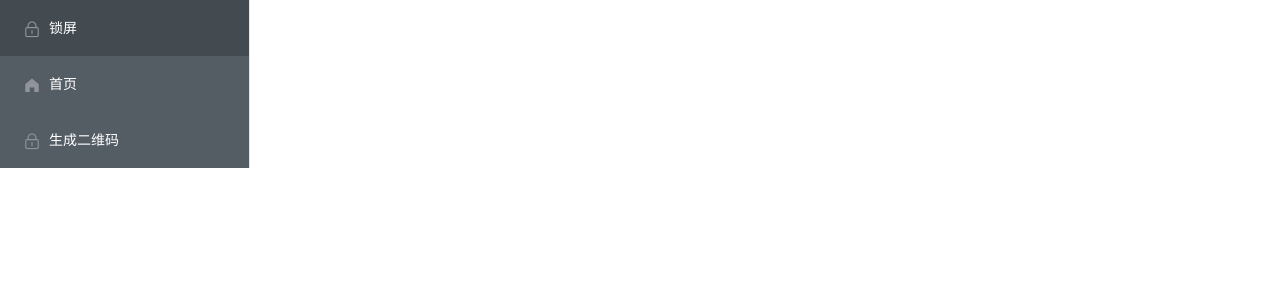
Repository: wujingwenwu/-vue-2.0
Page: /qrcode
An editor plug-in stored every save of this project. The page is shown before and after the next save, followed by the edit.
The browser window is 1280 px wide. The pictures show the whole page.
The project was rebuilt for these pictures with package versions that can differ from the ones it lists, and the page was loaded fresh each time. Also part of the build but not shown: src/views/Home.vue, src/components/w-lockScreen/w-lockScreen.vue.

Above is the page before, as saved 2020-10-01 14:06:54.

### src/main.js
import Vue from "vue";
import App from "./App.vue";
import router from "./router";
import store from "./store";
import ElementUI from 'element-ui';
import 'element-ui/lib/theme-chalk/index.css';
import  "./globalComponents"
Vue.config.productionTip = false;
Vue.use(ElementUI);
new Vue({
  router,
  store,
  render: h => h(App)
}).$mount("#app");

### src/App.vue
<template>
  <div id="app">

    <router-view />
  </div>
</template>

<style lang="scss">
@import "./style/demo";
*{
  margin: 0;
  padding: 0;
}
</style>

### src/router/index.js
import Vue from "vue";
import VueRouter from "vue-router";
import Home from "../views/Home.vue";
import Layout from "../views/layout/layout"
Vue.use(VueRouter);

const routes = [
  {
    path: "/home",
    name: "",
    component: Home
  },
  {
    path: "",
    component: Layout,
    children:[
      {
        path: "/",
        name: "Home",
        component: Home
      },
      {
        path: "/lockScreen",
        name: "LockScreen",
        component: () =>
          import("../views/lockScreen/LockScreen")
      },
      {
        path: "/qrcode",
        name: "Qrcode",
        component: () =>
          import("../views/qrcode/Qrcode.vue")
      },
    ]
  },
  {
    path: "/about",
    name: "About",
    component: () =>
      import("../views/About.vue")
  },
];

const router = new VueRouter({
  mode: "history",
  base: process.env.BASE_URL,
  routes
});
router.beforeEach((to, from, next) => {
  const lockFlag = localStorage.getItem('password');
  if(lockFlag === '0'&&from.path!=="/lockScreen"){
      next(false)
  }else{
    next()
  }
})
export default router;

### src/store/index.js
import Vue from "vue";
import Vuex from "vuex";

Vue.use(Vuex);

export default new Vuex.Store({
  state: {
    // passpords:''
  },
  mutations: {
    // setUser(state, data) {
    //   state.passpords = data
    // }
  },
  actions: {},
  modules: {}
});

### src/globalComponents/index.js
import Vue from 'vue'

import WLockScreen from '../components/w-lockScreen/w-lockScreen'


Vue.component('wLockScreen', WLockScreen)

### src/style/demo.scss
.d-f{
    display: flex;
    /* 弹性盒模型 */
}
.f-s-12{
    font-size: 12px;
    /* 字体大小为12px */
}
.f-s-14{
    font-size: 14px;
    /* 字体大小为14px */
}
.f-s-16{
    font-size: 16px;
    /* 字体大小为16px */
}
.f-w{
    font-weight: 700;
    /*字体 加粗 */
}
.f-c-ho{
    color: #f00;
    /* 红色 */
}
.f-c-hu{
    color: #ccc;
    /* 灰色 */
}
.f-c-b{
    color: #ffffff;
    /* 白色 */
}
.f-c-he{
    color: #000;
    /* 黑色 */
}
.t-a-l{
    text-align: left;
    /* 文本左对齐 */
}
.t-a-c{
    text-align: center;
    /* 文本居中 */
}
.t-a-r{
    text-align: right;
    /* 文本右对齐 */
}
.t-d-u{
    text-decoration: underline;
    /* 装饰在文本底部 */
}
.t-d-o{
    text-decoration: overline;
    /* 装饰在顶部 */
}
.t-d-l-t{
    text-decoration: line-through;
    /* 装饰在文本中间 */
}
.d-i{
    display: inline;
    /* 块级元素装换成行内元素 */
}
.d-i-b{
    display: inline-block;
    /* 块级元素装换成行内块元素 */
}
.d-b{
    display: block;
    /* 行内和行内块元素装换成块级元素 */
}
.d-n{
    display: none;
    /* 隐藏元素 */
}
.p-r{
    position: relative;
    /* 相对定位 */
}
.p-a{
    position: absolute;
    /* 绝对定位 */
}
.p-f{
    position: fixed;
    /* 固定定位 */
}
.b-r-50{
    border-radius: 50%;
    /* 圆角为50% */
}
.j-c-s-a{
    justify-content: space-around;
   /* 两边的子元素距离父元素的两边有间距，然后中间距离自动等分 */
}
.j-c-s-b{
    justify-content: space-between;
    /* 两边的子元素距离父元素没有间距，然后中间距离自动等分 */

}
.j-c-c{
    justify-content: center;
     /* 所有的子元素相当于父元素水平居中 */
}
.a-i-c{
    align-items: center;
    /* （竖轴排列方式）子元素相当于父元素垂直方向居中 */
}
.f-d-c{
    flex-direction: column;
    /* 弹性盒模型的竖项排列方式 */
}
*{
  margin: 0;
  padding: 0;
  /* 清除游览器的痕迹 */
}
.conter{
    display: flex;
    justify-content: center;
    /* 弹性盒模型，所有的文本在页面的中间 */
}
.warp{
   width: 1280px;
   /* 宽度为1280px，基本上不会超过1400px */
}
.o-h{
    overflow: hidden;
    /* 超出部分隐藏 */
}
.w-o-t{
    white-space: nowrap;
    overflow: hidden;
    text-overflow: ellipsis;
    /* 超出部分隐藏（只限字体） */
}
.d-n{
    display: none;
    /* 不占位置 */
}
.v-h{
    visibility: hidden;
    /* 占位置 */
}
.f-w-w{
    flex-wrap: wrap;
    /* 换行 */
}
.w-s-n{
    white-space: nowrap;
    /* 内容不换行 */
}
.m-t-20{
    margin-top: 20px;
    /* 向下20 */
}
.m-l-20{
    margin-left: 20px;

}
.m-t-10{
    margin-top: 10px;
}
.m-l-10{
    margin-left: 10px;
}
.b-c-hong{
    background-color: red;
}
.b-c-hei{
    background-color: black;
}
.b-c-bai{
    background-color: #ffffff;
}
.b-c-hui{
    background-color: #ccc;
}
.b-1-s-hong{
    border: 1px solid red;
}
.b-1-d-hong{
    border: 1px dashed red;
}
.b-1-s-bai{
    border: 1px solid #ffffff;
}
.b-1-d-bai{
    border: 1px dashed #ffffff;
}
.b-1-s-hei{
    border: 1px solid black;
}
.b-1-d-hei{
    border: 1px dashed black;
}
.b-1-s-hui{
    border: 1px solid #ccc;
}
.b-1-d-hui{
    border: 1px dashed #ccc;
}
.b-l-n{
    border-left: none;
    /* 左边框隐藏 */
}
.b-t-n{
    border-top: none;
}
.b-r-n{
    border-right: none;
}
.b-b-n{
    border-bottom: none;
}
.m-t-15{
    margin-top: 15px;
}
.m-t-30{
    margin-top: 30px;
}
.m-t-5{
    margin-top: 5px;
}
.b-none{
    border: none;
}
.f-s-18{
    font-size: 18px;
}
.m-l--10{
    margin-left: -10px;
}
.m-l-40{
    margin-left: 40px;
}
.o-n{
    outline: none;
    /* 隐藏边框 */
}

### src/views/layout/layout.vue
<template>
 <div >
  <div class="d-f">
     <div class="commit">
      <el-menu
      :default-active="$route.path"
      class="el-menu-vertical-demo"
      background-color="#545c64"
      text-color="#fff"
      active-text-color="#ffd04b" v-for="item in arr" :key="item.path">
      <el-menu-item   :index="item.path" @click="select(item.path)">
        <i :class="item.icon"></i>
        <span slot="title">{{item.name}}</span>
      </el-menu-item>
    </el-menu>
     </div>
    <router-view></router-view>
  </div>
 </div>
</template>

<script>
 export default {
   data () {
     return {
       arr:[
      {icon:"el-icon-lock",name:"锁屏",path:'/lockScreen'},  {icon:"el-icon-s-home",name:"首页",path:'/'},
      {icon:"el-icon-lock",name:"生成二维码",path:'/lockScreen'},

       ]
     }
   },
   components: {

   },
   methods: {
   select(path){
     console.log(path);
     this.$router.push(path)
   },
   },
   mounted() {

   },
   watch: {

   },
   computed: {

   }
 }
</script>

<style scoped lang='scss'>
.commit{
    width: 250px;
}
</style>

### src/views/qrcode/Qrcode.vue
<template>
 <div>

 </div>
</template>

<script>
 export default {
   name:'',
   props:{

    },
   data () {
     return {

   }
   },
   components: {

   },
   methods: {

   },
   mounted() {

   },
   watch: {

   },
   computed: {

   }
 }
</script>

<style scoped lang='scss'>

</style>

Loaded but not shown: public/index.html (common file)

After the next save:
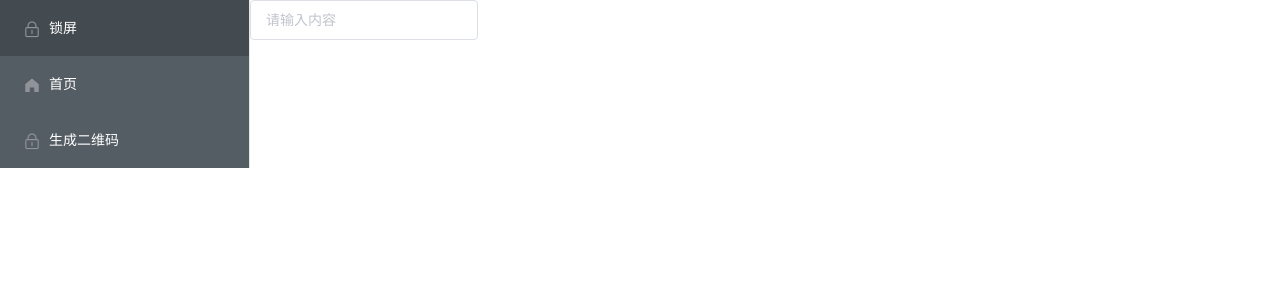
Saved 3 min 55 s later.
--- a/src/views/qrcode/Qrcode.vue
+++ b/src/views/qrcode/Qrcode.vue
@@ -1,6 +1,11 @@
 <template>
- <div>
-
+ <div class="d-f">
+  <div><el-input
+  placeholder="请输入内容"
+  v-model="input"
+  clearable>
+</el-input></div>
+<div></div>
  </div>
 </template>
 
